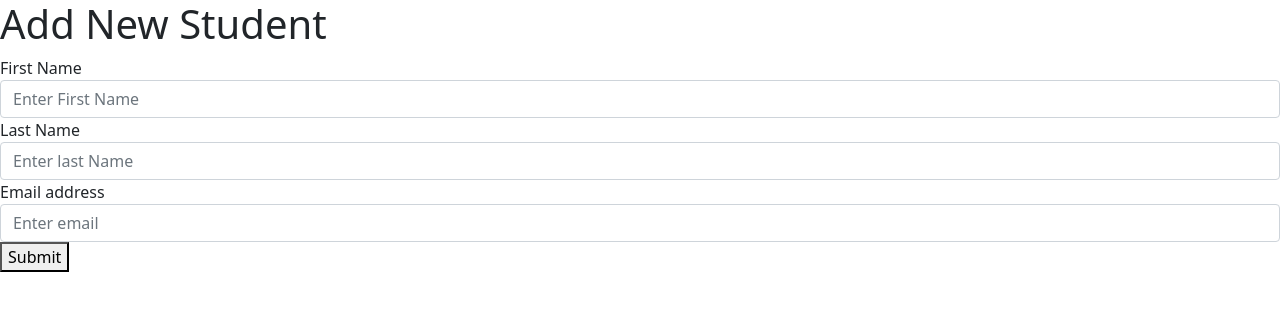
Repository: Siddhant1401/Aurionpro-J2EE
Page: http://localhost/08-STUDENT-MVC/add-Student.jsp
The author's editor kept a copy of each file at every save. The page is drawn from the files as they stood at one save, then again after the next save.
The browser window is 1280 px wide. The pictures show the whole page.
The page is served by Tomcat 9. Other server files are loaded and not shown.

Above is the page before, as saved 2023-10-18 04:23:55.

### 08-STUDENT-MVC/WebContent/add-Student.jsp
<%@ page language="java" contentType="text/html; charset=ISO-8859-1"
	pageEncoding="ISO-8859-1"%>
<!DOCTYPE html PUBLIC "-//W3C//DTD HTML 4.01 Transitional//EN" "http://www.w3.org/TR/html4/loose.dtd">
<html>
<head>
<meta http-equiv="Content-Type" content="text/html; charset=ISO-8859-1">
<title>Insert title here</title>
<link
	href="https://cdn.jsdelivr.net/npm/bootstrap@5.0.2/dist/css/bootstrap.min.css"
	rel="stylesheet"
	integrity="sha384-EVSTQN3/azprG1Anm3QDgpJLIm9Nao0Yz1ztcQTwFspd3yD65VohhpuuCOmLASjC"
	crossorigin="anonymous">
<script
	src="https://cdn.jsdelivr.net/npm/bootstrap@5.0.2/dist/js/bootstrap.bundle.min.js"
	integrity="sha384-MrcW6ZMFYlzcLA8Nl+NtUVF0sA7MsXsP1UyJoMp4YLEuNSfAP+JcXn/tWtIaxVXM"
	crossorigin="anonymous"></script>
</head>
<body>
	<h1>Add New Student</h1>
	<div class="container"></div>
	<form action="StudentController" method="get">
		<div class="form-group">
			<label for="first_name">First Name </label> <input type="text"
				class="form-control" name="first_name"
				placeholder="Enter First Name">
		</div>

		<div class="form-group">
			<label for="last_name">Last Name </label> <input type="text"
				class="form-control" name="last_name" placeholder="Enter last Name">
		</div>

		<div class="form-group">
			<label for="Email">Email address</label> <input type="email"
				class="form-control" name="email" placeholder="Enter email">
		</div>
		<input type="hidden" name="action" value="add">

		<button type="submit">Submit</button>
	</form>

</body>
</html>

After the next save:
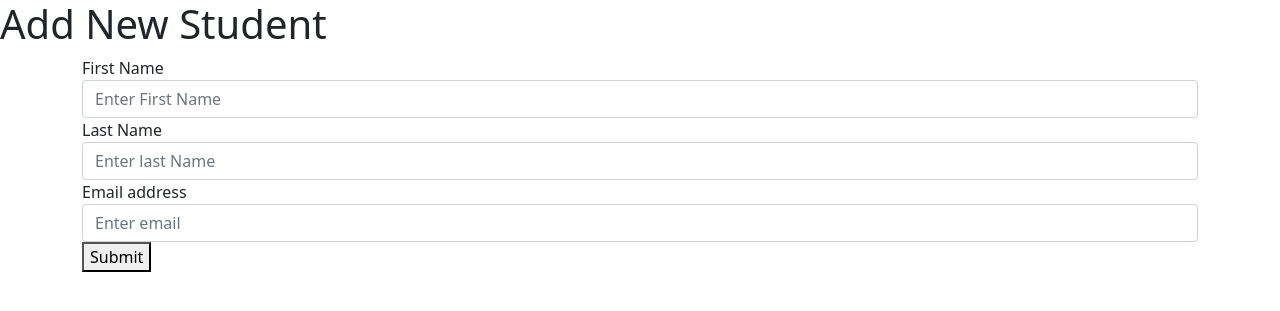
Saved 8 s later.
--- a/08-STUDENT-MVC/WebContent/add-Student.jsp
+++ b/08-STUDENT-MVC/WebContent/add-Student.jsp
@@ -17,27 +17,28 @@
 </head>
 <body>
 	<h1>Add New Student</h1>
-	<div class="container"></div>
-	<form action="StudentController" method="get">
-		<div class="form-group">
-			<label for="first_name">First Name </label> <input type="text"
-				class="form-control" name="first_name"
-				placeholder="Enter First Name">
-		</div>
+	<div class="container">
+		<form action="StudentController" method="get">
+			<div class="form-group">
+				<label for="first_name">First Name </label> <input type="text"
+					class="form-control" name="first_name"
+					placeholder="Enter First Name">
+			</div>
 
-		<div class="form-group">
-			<label for="last_name">Last Name </label> <input type="text"
-				class="form-control" name="last_name" placeholder="Enter last Name">
-		</div>
+			<div class="form-group">
+				<label for="last_name">Last Name </label> <input type="text"
+					class="form-control" name="last_name" placeholder="Enter last Name">
+			</div>
 
-		<div class="form-group">
-			<label for="Email">Email address</label> <input type="email"
-				class="form-control" name="email" placeholder="Enter email">
-		</div>
-		<input type="hidden" name="action" value="add">
+			<div class="form-group">
+				<label for="Email">Email address</label> <input type="email"
+					class="form-control" name="email" placeholder="Enter email">
+			</div>
+			<input type="hidden" name="action" value="add">
 
-		<button type="submit">Submit</button>
-	</form>
+			<button type="submit">Submit</button>
+		</form>
+	</div>
 
 </body>
 </html>
